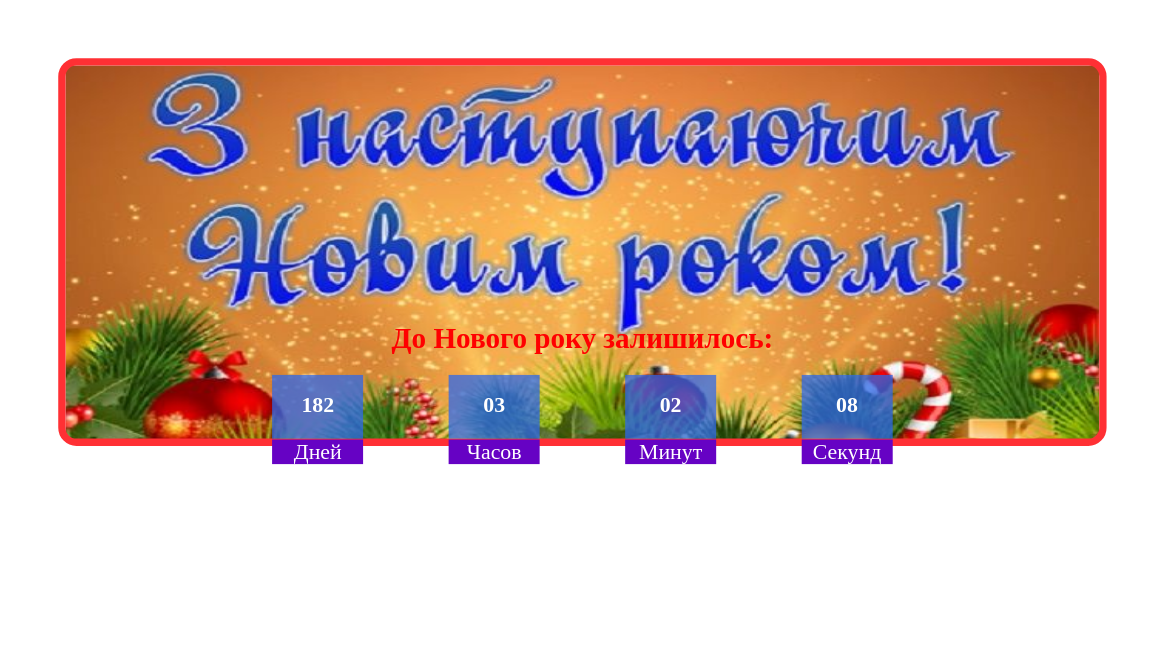
Repository: KonstantinKhamilov/JavaScript11-new-year
Page: index.html
An editor plug-in stored every save of this project. The page is shown before and after the next save, followed by the edit.
The browser window is 1280 px wide. The pictures show the whole page, at 91% of full size.

Above is the page before, as saved 2024-12-29 17:52:16.

After the next save:
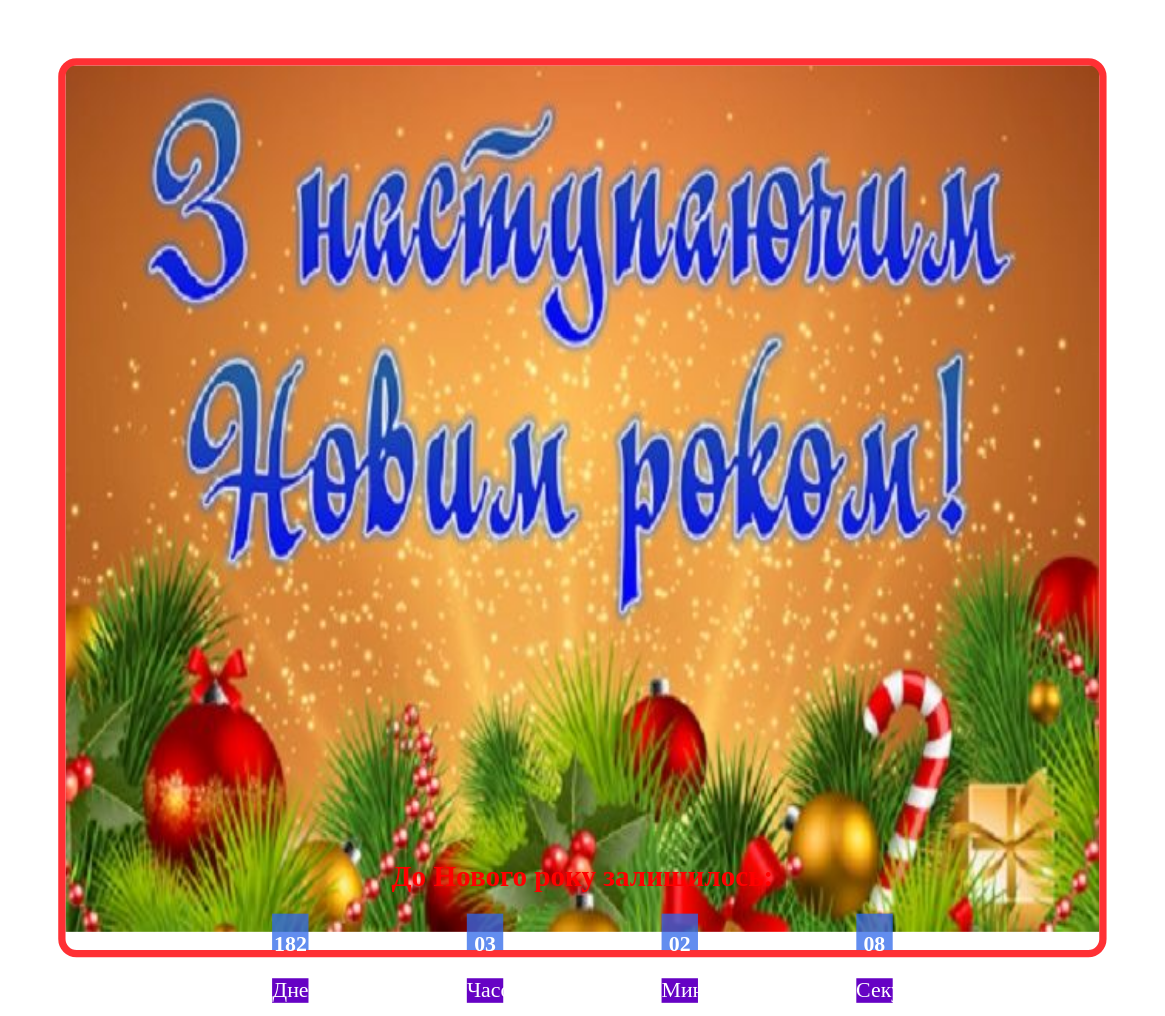
Saved 2 min 55 s later.
--- a/newYear.css
+++ b/newYear.css
@@ -11,7 +11,7 @@ body {
     height: 80%;
     background-image: url("z_nastupauschim_ng_4.jpg");
     background-repeat: no-repeat;
-    background-size: 100% 490px;
+    background-size: 100% 100%;
     background-position: 0px -20px;
     border: solid 8px;
     border-radius: 20px;
@@ -21,7 +21,7 @@ body {
   .box > h1 {
     color: rgb(255, 0, 0);
     font-family: cursive;
-    padding-top: 260px;
+    padding-top: 75%;
   }
 
   .count {
@@ -35,8 +35,8 @@ body {
   .timer {
     text-align: center;
     background-color: rgb(46, 103, 234, 0.75);
-    width: 100px;
-    height: 70px;
+    width: 2.5em;
+    height: 2.5em;
   }
 
   h2 {
